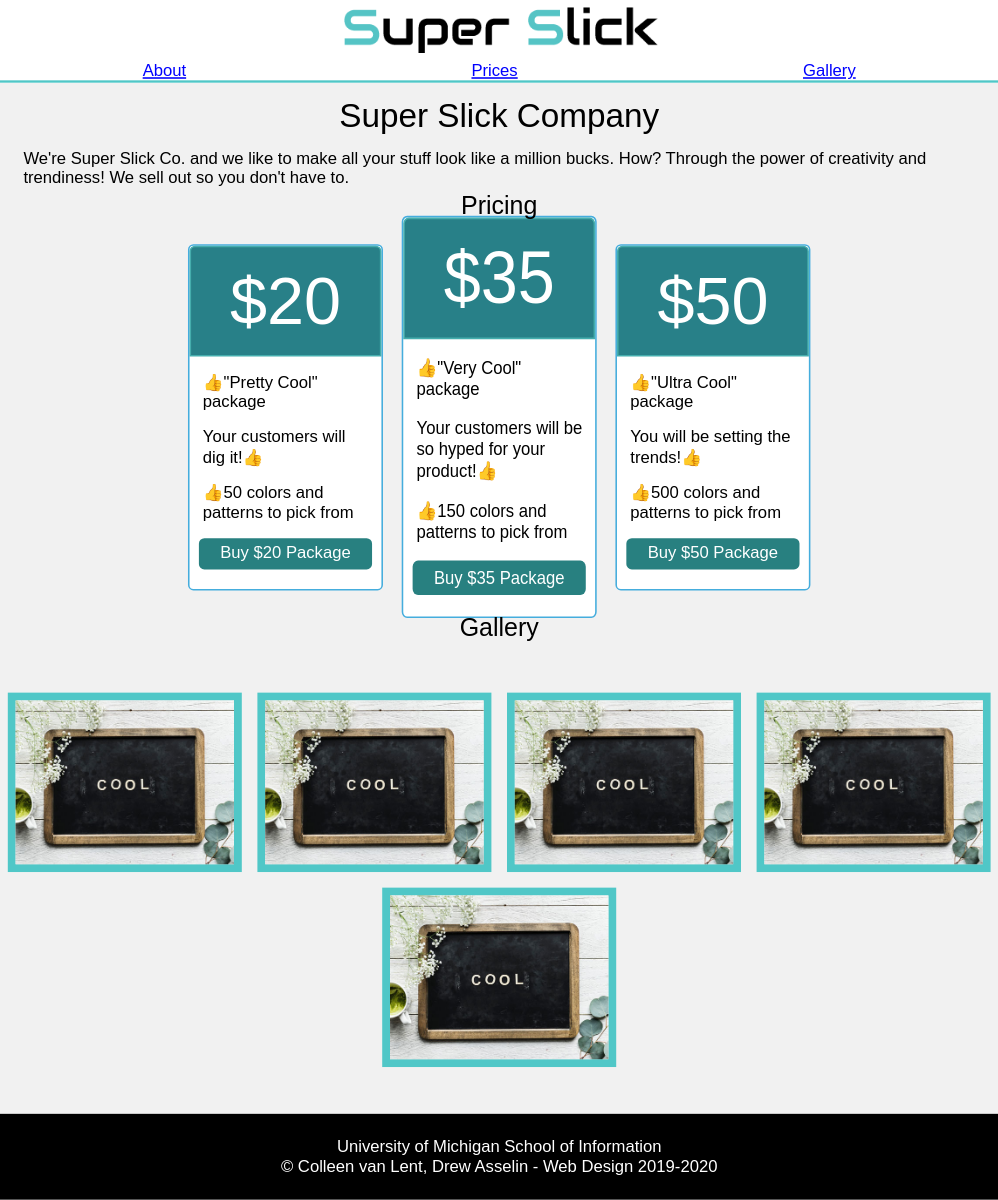
Repository: jiaqili0803/SI_539
Page: hw6-2021-main/homework.html
These files come from the project's save history. The page is drawn as it stood at one moment and after the next save; the edit follows.
The browser window is 1280 px wide. The pictures show the whole page, at 78% of full size.
Some web fonts or font styles are not loaded; a fallback is used.

Above is the page before, as saved 2021-10-29 15:05:56.

After the next save:
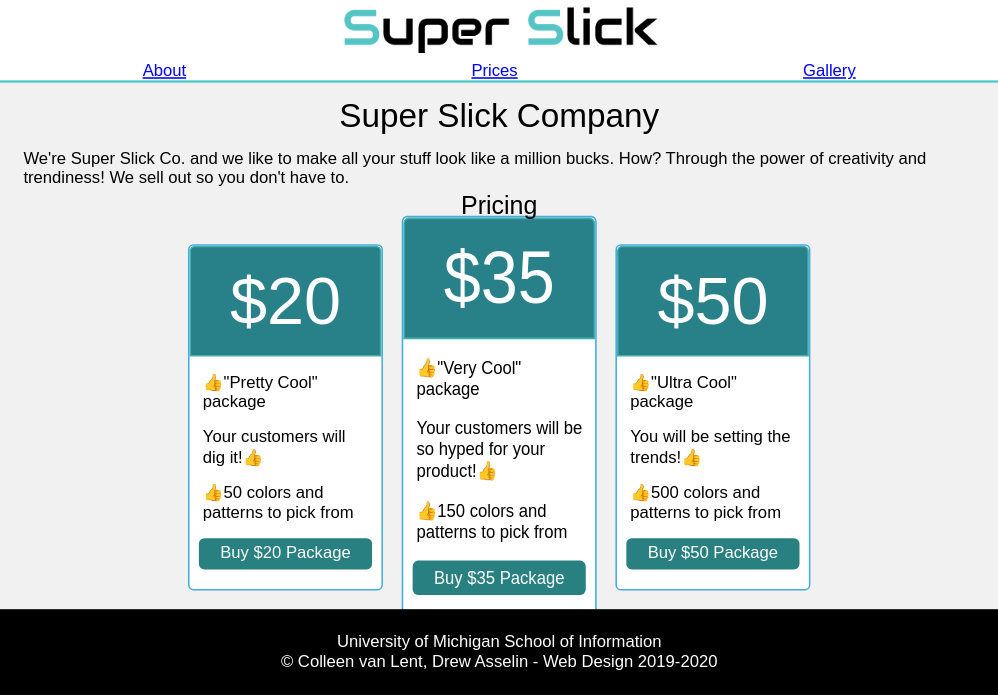
Saved 2 min 35 s later.
--- a/hw6-2021-main/css/style.css
+++ b/hw6-2021-main/css/style.css
@@ -180,11 +180,11 @@ to {
     }
 
     .gallery{
-        display：none;
+        display: none;
     }
 
     #gallery{
-        display：none;
+        display: none;
     }
 
     main li:nth-child(2n-1):before {
